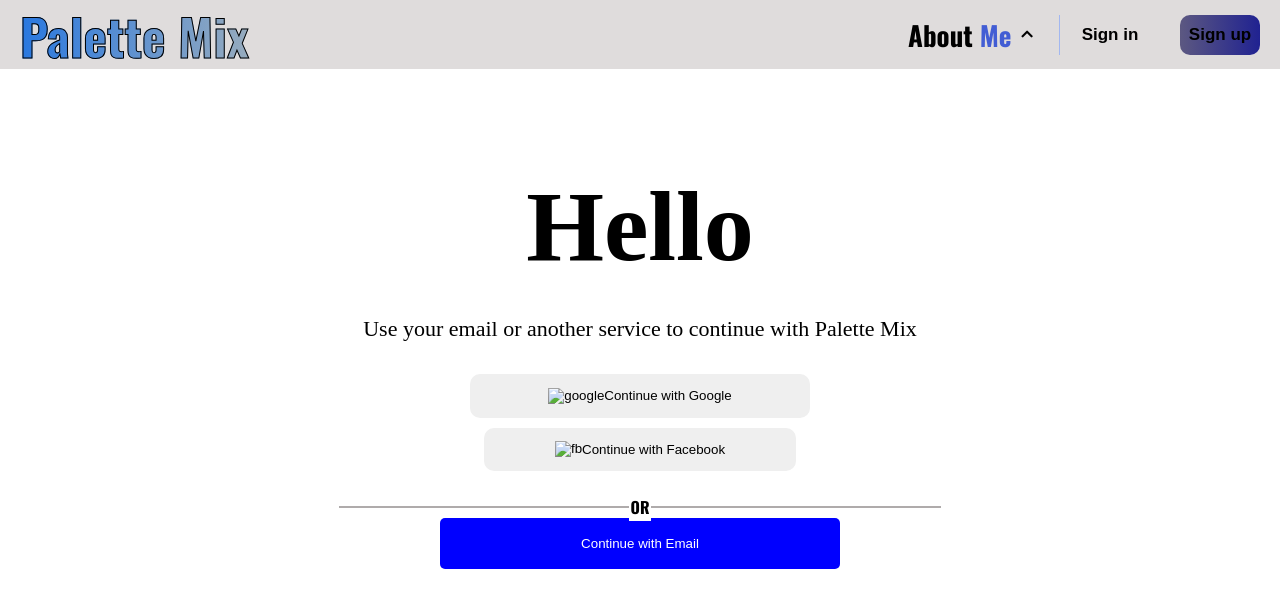
Repository: dmpelaez/Login-Signup-form
Page: Color/colorHeader.html
The author's editor kept a copy of each file at every save. The page is drawn from the files as they stood at one save, then again after the next save.
The browser window is 1280 px wide. The pictures show the window.
A layer covers the whole window, so only the first screen is drawn. Some web libraries are served in a nearby version.

Above is the page before, as saved 2025-12-13 07:41:19.

### Color/colorHeader.html
<!DOCTYPE html>

  <html lang="en" dir="ltr">

    <head>

      <title>Palette Mix</title>
      <!--Style-->
      <link rel="stylesheet" href="colorHeader.css">
      <link rel="stylesheet" href="colorMain.css">
      <link rel="stylesheet" href="https://cdnjs.cloudflare.com/ajax/libs/font-awesome/5.14.0/css/all.min.css">
    </head>
    <body>

      <header class="color-header">
        <!--Title-->
        <a href="colorHeader.html">
          <section id="title" class="color-title">
            Palette Mix
          </section>
        </a>

        <!--End-->

        <!--Right side navigation bar-->
        <section class="navigation-bar">

          <!--About me-->
          <button class="about-me">
           <span class="aboutme">About <span class="me-text">Me</span></span>
           <i class="fas fa-chevron-up"></i>

          </button>

          <!--Login & Signup form-->
          <div class="signin-signup">
            <button class="sign-in">
              Sign in
            </button>
            <button class="sign-up">
              Sign up
            </button>
          </div>
        </section>
        <!--End-->
        <div class="aboutmeSection">
          <div class="sectionAboutme">

            <img class="imageofme" alt="Creator Image" src="WIN_20241001_13_05_33_Pro.jpg">
            <P class="gd">Good day!</P>
            <p class="introduction">
              I am Delmar Galibo Pelaez, 19 years old from Manila, Philippines.
              I am a self-taught programmer who decided to study HTML, CSS and JavaScript to become
              a web developer and I'm hoping to thrive and learn more about on this field to create and serve to others.
            </p>

          </div>

          <div class="aboutThisProject">
            <h2 class="info-project">Palette Mix</h2>
            <p class="infoPalette">
              This project is only created for fun and to challenge myself to create different projects so as to improve skills in web development.
              The creation of Palette Mix started when I'm searching for a project to do because I always hear other programmers that to improve quickly and effieciently --
              you need to create your own projects. Palette Mix is about generating different colors that can be use to mix and create a great layout design for a websites!
            </p>
          </div>

          <div class="connectSection">
            <div class="contacts">
              <h2 class="connect-text">Connect:</h2>
              <a class="githubLink" href="https://github.com/dmpelaez" target="_blank">
                 <img class="github" alt="Github" src="download__1_-removebg-preview.png">
              </a>
              <a class="facebook"  href="#" target="_blank">
                <img class="fb"  alt="Facebook" src="facebook-logo (1).png">
              </a>
            </div>

          </div>

        </div>

        <!--Sign in -->

        <div class="signinPage">

          <div class="signinBox">

            <h1 class="hello-text">Hello</h1>
            <p class="email-account">
              Use your email or another service to continue with Palette Mix
            </p>

            <button class="google">
              <div class="google2">
                <img class="googleImage" alt="google" href="#">
                <p class="continue-text">Continue with Google</p>
              </div>
            </button>
            <button class="fbbutton">
              <div class="fbSection">
                <Img class="fbImage" alt="fb" href="#">
                <p class="continue-text2">Continue with Facebook</p>
              </div>
            </button>
            <div class="line"></div>
            <p class="or-text">OR</p>

            <button class="continueEmail">Continue with Email</button>
          </div>

        </div>


      </header>

      <main class="mainpage">

        <!--Main page-->
        <div class="main-page">

          <section class="title1">

            <h1 class="intro">Your color palettes generator!</h1>

            <h3 class="little-info">Create the perfect palette and get inspired by thousands of beautiful color schemes.</h3>
            <div class="sliding">
              <div class="colors">
              </div>
              <div class="colors2">
              </div>
              <div class="colors3">
              </div>
               <div class="colors4">
              </div>
            </div>

            <div class="colorSearch">
              <input type="color" class="colorbox">
              <Input type="text"  class="textbox">
              <img class="brush" src="brush.png">
              <img class="plate" src="plate.png">
              <img class="board" src="board.png">
                <div class="comment-section">
                  <h3 class="comment-text">Comment Here!</h3>
                  <ul class="comment-list"></ul>
                  <textarea class="comment-input" placeholder="Add Comment here..."></textarea>
                </div>
              </img>

            </div>

            <button class="generator">
              <i class="fas fa-palette"></i>
              Generate
            </button>
          </section>


        </div>

        <div class="theWhole">
          <div class="paletteText">Palette Mix</div>
          <div class="colorGenerator">
          </div>

          <div class="wholeDesign">
          <i id="leftIcon" class="fas fa-angle-left"></i>
              <div class="divBox">

            <!--Design 1-->


            <div class="divScroll">
              <div  class="div1">
                <div id="randomBox1" class="divpage1">
                  <header id="randomBox2" class="headerDiv1">Header</header>
                  <main  id="randomBox3" class="mainDiv1">
                    <div id="randomBox4" class="asideDiv1">Aside</div>
                    <div id="randomBox5" class="frontDiv1">Main</div>
                  </main>
                  <footer id="randomBox7" class="footerDiv1">Footer</footer>
                </div>
              </div>
              <!--Design 2-->
              <div  class="div2">
                <div id="randomBox1" class="divpage2">
                  <header id="randomBox2" class="headerDiv2">Header</header>
                    <div id="randomBox4" class="asideDiv2">Aside</div>
                    <div id="randomBox5" class="frontDiv2">Main</div>
                  <footer id="randomBox7" class="footerDiv2">Footer</footer>
                </div>
              </div>

              <!--Design 3-->

              <div  class="div3">
                <div id="randomBox1" class="divpage3">
                  <header id="randomBox2" class="headerDiv3">Header</header>
                    <div class="navBar">Navigation</div>
                    <div id="randomBox4" class="asideDiv3">Aside</div>
                    <div id="randomBox4" class="asideDiv32">Aside</div>
                    <div id="randomBox5" class="frontDiv3">Main</div>

                  <footer id="randomBox7" class="footerDiv3">Footer</footer>
                </div>
              </div>

            </div>
          </div>
          <i id="rightIcon"class="fas fa-angle-right"></i>



        </div>

        </div>


      </main>


      <script type="module" src="color.js"></script>

    </body>

  </html>

### Color/colorHeader.css
@import url('https://fonts.googleapis.com/css2?family=Anton&family=Oswald:wght@200..700&family=Poppins:ital,wght@0,100;0,200;0,300;0,400;0,500;0,600;0,700;0,800;0,900;1,100;1,200;1,300;1,400;1,500;1,600;1,700;1,800;1,900&family=Roboto:ital,wght@0,100..900;1,100..900&display=swap');

body {
  margin: 0;
  padding: 0;
}

.color-header {
  display: flex;
  justify-content: space-between;
  align-items: center;
  padding-left: 20px;
  padding-right: 20px;
  background: rgb(223, 220, 220);
  box-sizing: border-box;
  position: fixed;
  right: 0;
  left: 0;
  top: 0;
  height: 70px;
  border-bottom: 1px solid gray;
  z-index: 2;
}
@media (max-width: 670px) {
  .color-header {
    gap: 30px;
  }
}

a {
  text-decoration: none;
  flex-shrink: 0;
}

.color-title {
font-family: "Oswald", sans-serif;
font-weight: bold;
display: flex;
height: 50px;
font-size: 50px;
justify-content: start;
align-items: center;
-webkit-text-stroke: 1px black;
background: linear-gradient(90deg, rgb(41, 120, 224), rgb(150, 171, 190));
-webkit-background-clip: text;
-webkit-text-fill-color: transparent;
transition: all 0.3s ease;
cursor: pointer;
flex-shrink: 0;
}




.navigation-bar {
  display: Flex;
  justify-content: space-between;
  align-items: center;
  gap: 20px;
  height: 50px;
}
.signin-signup {
  display: Flex;
  border-left: 1px solid rgb(162, 183, 240);
  justify-content: space-between;
  align-items: center;
  gap: 30px;
  height: 40px;
  padding-left: 10px;
}

.sign-up {
  height: 40px;
  width: 80px;
  border-radius: 10px;
  border: none;
  background: transparent;
  color: black;
  font-family: arial;
  font-weight: bold;
  font-size: 17px;
  cursor: pointer;
  background: linear-gradient(90deg, rgb(92, 88, 129), rgb(32, 34, 145));
}
.sign-in {
  height: 40px;
  width: 80px;
  border-radius: 10px;
  border: none;
  background: transparent;
  color: black;
  font-family: arial;
  font-weight: bold;
  font-size: 17px;
  cursor: pointer;

}
.sign-in:hover,
.sign-up:hover {
background: linear-gradient(90deg, rgb(92, 88, 129), rgb(32, 34, 145));
  color: white;
}
.about-me {
  display: flex;
  justify-content: space-evenly;
  height: 40px;
  align-items: center;
  background-color: transparent;
  border: none;
  cursor: pointer;
  border-radius: 5px;
  flex-shrink: 0;
}
.about-me:hover {
  color: white;
  background: linear-gradient(90deg, rgb(92, 88, 129), rgb(32, 34, 145));
}
.aboutme {
  font-weight: bold;
  font-size: 27px;
  font-family: "Oswald";

}

.me-text {
  margin-right: 10px;
  color: rgb(66, 93, 212);
}

### Color/colorMain.css
@import url('https://fonts.googleapis.com/css2?family=Anton&family=Luckiest+Guy&family=Oswald:wght@200..700&family=Poppins:ital,wght@0,100;0,200;0,300;0,400;0,500;0,600;0,700;0,800;0,900;1,100;1,200;1,300;1,400;1,500;1,600;1,700;1,800;1,900&family=Roboto:ital,wght@0,100..900;1,100..900&display=swap');

body {
  height: 1580px;
}

.mainpage {
margin-top: 70px;
display: grid;
max-width: 1900px;
flex-shrink: 0;
position: relative;
}



.main-page {

}
.intro {
  font-weight: bold;
  font-size: 95px;
  white-space: wrap;
  font-family: "Oswald";
  flex-shrink: 0;
  display: flex;
  margin: 0px;
}


.aboutmeSection {
  display: grid;
  position: absolute;
  border: 1px solid black;
  background-color: rgb(39, 37, 37);
  left: 0;
  top: 100%;
  right: 0%;
  border-top: none;
  height: 0px;
  opacity: 1;
  justify-content: space-between;
  align-items: center;
  grid-template-columns: 1fr 1fr;
  grid-template-rows: 1fr 100px;
  overflow: hidden;
  transition: height 0.3s ease;
}


.aboutmeSection.btnDown {
  display: grid;
  opacity: 1;
  height: 520px;
  transition: height 0.3s ease;
}


.sectionAboutme {
  display: flex;
  height: 200px;
  justify-content: center;
 align-items: center;
 position: relative;
 gap: 20px;
 padding-left: 40px;
}
.imageofme {
  width: 350px;
  height: 350px;
  object-fit: cover;
  border-radius: 50%;
  display: flex;
}
.introduction {
  width: 350px;
  font-family: "Oswald";
  color: white;
  display: flex;
}
.connectSection {
  grid-column: 1 / 2 span;
  display: flex;
  background: linear-gradient(90deg, rgb(92, 88, 129), rgb(32, 34, 145));
}
.contacts {
  display: flex;
  padding-left: 20px;
  align-items: center;
}
.gd {
  font-weight: bold;
  font-size: 40px;
  white-space: nowrap;
  position: absolute;
  display: flex;
  top: -90px;
  left: 410px;
  color: white;
  font-family: "Oswald";
}

.fb {
  width: 20px;
  display: flex;
  margin-left: 20px;
}
.github {
  width: 45px;
  margin-left: 20px;
  display: flex;
}
.connect-text {
  font-family: "Oswald";
  font-size: 15px;
  display: flex;
}
.info-project {
  color: white;
  font-weight: bold;
  font-family: "Oswald";
  font-size: 40px;
  margin: 0px;
  display: flex;
  margin-right: 120px;
}
.aboutThisProject {
  display: flex;
  flex-direction: column;
  justify-content: center;
  align-items: center;
  margin-bottom: 40px;
}
.infoPalette {
  color: white;
  font-family: "Oswald";
  width: 400px;
  display: flex;
}



.title1 {
  display: flex;
  flex-direction: column;
    width: 100%;
  height: 800px;
  justify-content: start;
  position: relative;
  padding-top: 50px;
  align-items: center;
 background: linear-gradient(90deg, rgb(92, 88, 129), rgb(32, 34, 145));
 transition: background 6s ease;

}


.animate-gradient {
  animation: gradientShift 6s infinite alternate;
}

.little-info {

  font-size: 19px;
  color: rgb(0, 0, 0);
  font-family: "Poppins";
}

.letters {
  display: inline-block;
  margin: 2px;
}

.letters:hover {
  cursor: pointer;
  transition: text-shadow 0.3s ease;

  animation: wiggle 0.2s infinite alternate;
}


@keyframes wiggle {
  from {transform: translateX(0);}
  to {transform: translateX(-10px);}
}
.colors,
.colors2,
.colors3,
.colors4  {
  display: flex;

   width: 500px;
  height: 150px;
  justify-content: center;

   gap: 10px;
}
.colors div,
.colors2 div,
.colors3 div,
.colors4 div {
  display: Flex;
  height: 145px;
  flex-direction: row;
  width: 200px;
  justify-content: center;
}
.box {
  display: Flex;
  align-items: center;
  justify-content: center;
  font-weight: bold;
  font-size: 19px;
  text-transform: uppercase;
  cursor: pointer;

  border-radius: 10px;
}
.sliding {

  height: 250px;
 position: relative;
 overflow: hidden;
 margin-bottom: 20px;
}
.colors,
.colors2,
.colors3,
.colors4 {
  animation: scrollUp 6s linear infinite;

}


@keyframes scrollUp {
  0%   { transform: translateY(0); }
  25%   { transform: translateY(-50%); }
  50%   { transform: translateY(-100%); }
  75%   { transform: translateY(-150%); }
  100% { transform: translateY(-205%); }
}

.colorSearch {
  display: Flex;
  position: relative;
}
.brush {
  position: absolute;
  width: 300px;
  object-fit: cover;
  z-index: 1;
  top: -250px;
  right: -580px;
  pointer-events: none;
}
.plate {
  position: absolute;
  width: 200px;
  left: -350px;
  top: -70px;


}
.board {
  position: absolute;
  width: 600px;
  top: -330px;
  left: 230px;
  pointer-events: none;
}

.comment-section {
  position: absolute;
  right: -394px;
  bottom: -20%;
  display: flex;
  flex-direction: column;
  height: 250px;
  justify-content: end;
  text-align: center;

}
.comment-list {
position: absolute;
bottom: 10%;
display: flex;
align-items: left;
justify-content: start;

gap: 10px;
height: 140px;
width: 189px;
padding: 0;
left: -16px;
flex-direction: column;
overflow-y: scroll;
padding-left: 10px;
}
.comment-text {
  margin: 0px;
  Position: absolute;
  top: 45px;
  left: 20px;
  white-space: nowrap;
}
.comment-input {
display: flex;
position: initial;
padding-left: 10px;
text-align: middle;
align-items: center;
justify-content: center;
border-radius: 10px;
outline: none;
}
.comments {
  display: flex;
  justify-content: start;
  text-align: left;
  width: 160px;
  white-space: normal;
  word-wrap: break-word;
  word-break: break-all;
  overflow-wrap: break-word;
  border: 1px solid gray;
  padding: 10px;
  padding-right: 0px;
}


.generator {
  display: flex;
  background: blue;
  border: none;
  border-radius: 50px;
  height: 50px;
  align-items: center;
  justify-content: center;
  margin-top: 20px;
  width: 200px;
  font-family: "Oswald";
  font-size: 20px;
  color: white;
  cursor: pointer;
}
.generator i {
  margin-right: 10px;
}

.colorGenerator {
  display: flex;


  height: 200px;
  width: 100%;
  align-self: center;
 justify-self: center;
 align-items: center;
 justify-content: center;
 gap: 10px;

}
.generateColor {
  display: flex;
  border-width: 1px;
  border-radius: solid;
  width: 200px;
  height: 100px;
  justify-content: center;
  align-items: center;
  cursor: pointer;
  color: black;
}

.paletteText {
  font-weight: bold;
  font-family: "Oswald";
  font-size: 60px;
  position: absolute;
  left: 42%;
  top: 0;
  right: 50%;
  white-space: nowrap;
  top: 10px;

}

.theWhole {
  height: 100vh;
  display: flex;
  flex-direction: column;
  justify-content: center;
  align-items: center;
  position: relative;
 background: linear-gradient(90deg, rgb(92, 88, 129), rgb(32, 34, 145));
}

.divBox {
  border: 1px solid black;
  height: 400px;
  width: 600px;
  display: flex;
  align-items: center;
  justify-content: center;
  align-self: center;
  justify-self: center;
  gap: 20px;
  background-color: white;
  overflow-x: auto;
  scroll-behavior: smooth;
  position: relative;
}
.divBox::-webkit-scrollbar {
  display: none;
}
.wholeDesign {
  display: flex;
  justify-content: center;
  align-items: center;
  margin-bottom: 20px;
}


.divBox i {
  cursor: pointer;
  margin-right: 10px;
  margin-left: 10px;

}

.divScroll {
  display: flex;
  justify-content: space-evenly;
  height: 90%;
  min-width: 90%;
  position: absolute;
  left: 20px;
  background-color: white;
  gap: 30px;

}

.div1{
  display: grid;
  border: 1px solid black;
  min-height: 90%;
  width: 550px;
  flex-direction: column;
  z-index: 1;


}


.div2 {
 display: grid;
  border: 1px solid black;
  min-height: 90%;
  width: 550px;
  flex-direction: column;
  z-index: 1;

}
.div3 {
  display: grid;
  border: 1px solid black;
  min-height: 90%;
  width: 550px;
  flex-direction: column;
  z-index: 1;
  margin-right: 20px;

}





.divpage1 {
  display: flex;
   z-index: 2;
   flex-direction: column;
  height: 100%;
  min-width: 100%;
  justify-content: space-between;
  align-items: center;

}

.headerDiv1 {
  display: flex;
  align-items: center;
  justify-content: center;
  height: 40px;
  border: 1px solid black;
  min-width: 95%;
  margin-top: 5px;
  z-index: 2;
  background-color: white;
}
.mainDiv1{
  display: flex;
   z-index: 2;
  height: 70%;
  min-width: 95%;
  justify-content: space-between;

}
.footerDiv1 {
  display: flex;
  border: 1px solid black;
  min-width: 95%;
  justify-content: center;
  height: 10%;
  align-items: center;
  margin-bottom: 5px;
    z-index: 2;
    background-color: white;
}
.asideDiv1 {
  border: 1px solid black;
  min-width: 30%;
  display: flex;
  align-items: center;
  justify-content: center;
  z-index: 2;
  background-color: white;
}
.frontDiv1 {
  display: flex;
  border: 1px solid black;
  min-width: 65%;
  justify-content: center;
  align-items: center;
  z-index: 2;
  background-color: white;
}





.divpage2 {
  display: grid;
grid-template-columns: 150px 1fr 1fr 1fr;
grid-template-rows: 150px 1fr 1fr 1fr;
row-gap: 10px;
column-gap: 10px;
margin: 10px;
}
.headerDiv2 {
  grid-row: 1 / 3 span;
  display: flex;
  justify-content: center;
  align-items: center;
  border: 1px solid black;
  background-color: white;
}

.footerDiv2 {
  grid-row: 4 / 1 span;
  grid-column: 4 span;
  display: flex;
  justify-content: center;
  align-items: center;
  border: 1px solid black;
  background-color: white;
}


.frontDiv2 {
grid-column: 2 / 3 span;
grid-row: 1 / 2 span;
display: flex;
justify-content: center;
align-items: center;
border: 1px solid black;
background-color: white;
}
.asideDiv2 {
  grid-column: 2 / 3 span;
  display: flex;
  justify-content: center;
  align-items: center;
  border: 1px solid black;
  background-color: white;
}




.divpage3 {
  display: grid;
  grid-template-columns: 150px 1fr 150px;
  grid-template-rows: 50px 40px 1fr 1fr 40px;
  row-gap: 10px;
  column-gap: 10px;
  margin: 10px;

}
.headerDiv3 {
  grid-column: 1 / 3 span;
  display: flex;
  justify-content: center;
  align-items: center;
  border: 1px solid black;
  background-color: white;
}
.navBar {
  grid-column: 1 / 3 span;
  display: flex;
  justify-content: center;
  align-items: center;
  border: 1px solid black;
background-color: white;
}
.asideDiv3 {
  display: flex;
  border: 1px solid black;
  justify-content: center;
  align-items: center;
background-color: white;
}
.asideDiv32 {
  display: Flex;
  border: 1px black solid;
  grid-row: 4;
  justify-content: center;
  align-items: center;
  background-color: white;
}
.frontDiv3 {
  display: flex;
  justify-content: center;
  align-items: center;
  border: 1px solid black;
  grid-row: 3 / 2 span;
  grid-column: 2 / 2 span;
  background-color: white;
}
.footerDiv3 {
  display: Flex;
  align-items: center;
  justify-content: center;
  border: 1px solid black;
  grid-column: 1 / 3 span;
  background-color: white;
}




#leftIcon {
  cursor: pointer;
  color: white;
  margin-right: 20px;
  padding: 20px;
}
#rightIcon {
  cursor: pointer;
  margin-left: 20px;
  padding: 20px;
 color: white;
}


.signinPage {
  position: absolute;
  top: 100%;
  height: 100vh;
  left: 0;
  right: 0;
  background: white;
  display: flex;
  justify-content: center;
  padding-top: 100px;

}

.signinBox {
  display: flex;
  flex-direction: column;
  width: 600px;
  height: 400px;
  justify-content: center;
  align-items: center;
  gap: 10px;
  position: relative;
}
.google {
  display: flex;
  flex-direction: row;
  padding-left: 20px;
  padding-right: 20px;
  border-radius: 10px;
  border: none;
  align-items: center;
  justify-content: center;
    cursor: pointer;
}
.google2 {
  display: flex;
  align-items: center;
 width: 300px;
 justify-content: center;
}
.continue-text {
justify-content: space-between;
}
.hello-text {
  display: inline-block;
  margin: 0px;
  font-size: 100px;
}
.email-account {
  font-size: 22px;

}
.fbbutton {
  display: flex;
  border-radius: 10px;
  border: none;
  cursor: pointer;
}
.fbSection {
  display: Flex;
  align-items: center;
  justify-content: center;
  width: 300px;

}
.line {
  display: flex;
  border: 1px solid rgb(175, 171, 171);
  height: 0px;
  align-items: center;
  background-color: white;
  width: 600px;
  justify-content: center;
  margin-top: 25px;
}
.or-text {
  position: absolute;
  bottom: 8%;
  background-color: white;
  padding: 2px;
  font-family: "Oswald";
  font-weight: bold;

}
.continueEmail {

  width: 400px;
  border-radius: 5px;
  border: none;
  display: flex;
  align-items: center;
  justify-content: center;
  height: 300px;
  cursor: pointer;
  color: white;
  background-color: blue;
}

Loaded but not shown: Color/color.js (475 lines, source omitted)

After the next save:
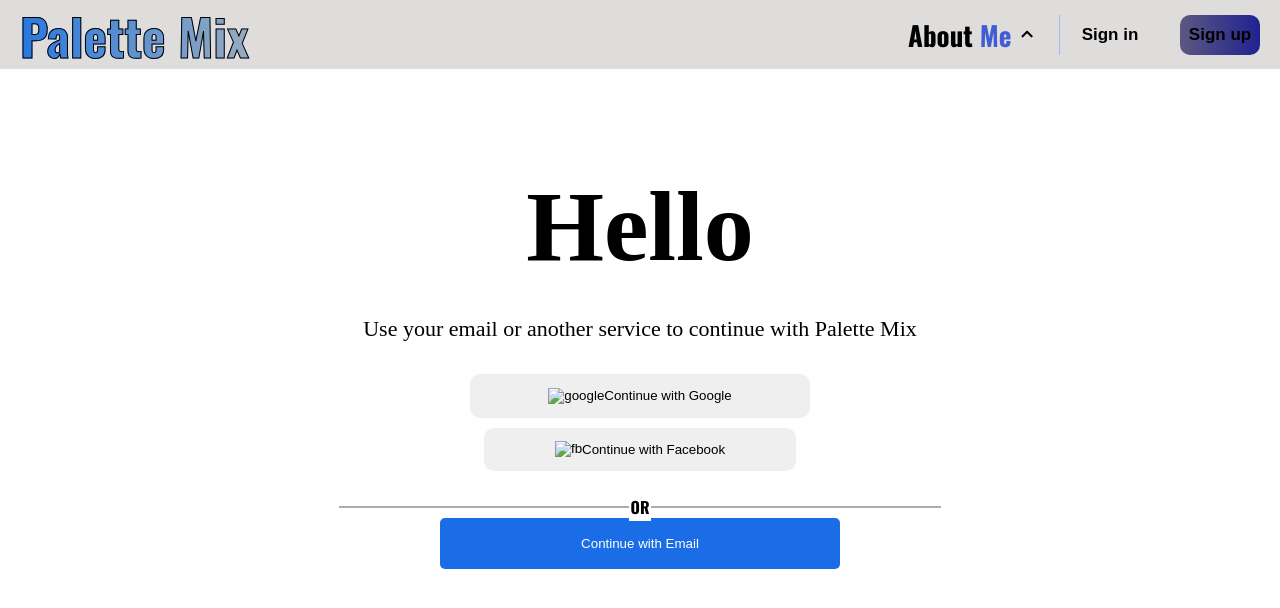
Saved 6 s later.
--- a/Color/colorMain.css
+++ b/Color/colorMain.css
@@ -759,5 +759,5 @@ justify-content: space-between;
   height: 300px;
   cursor: pointer;
   color: white;
-  background-color: blue;
-}
+  background-color: rgb(27, 109, 231);
+}
